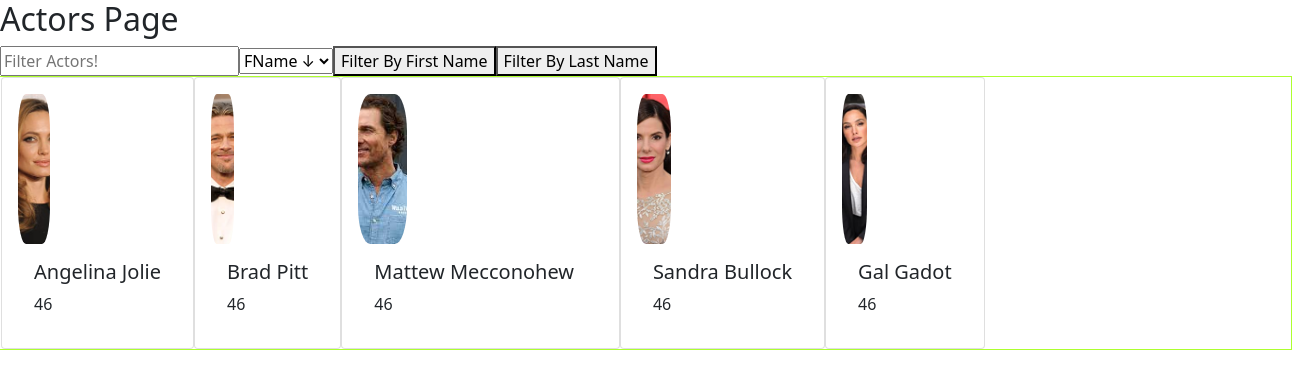
Repository: shuroo/FECourse-react-movieapp
Page: /
The author's editor kept a copy of each file at every save. The page is drawn from the files as they stood at one save, then again after the next save.
The browser window is 1280 px wide. The page is 1292 px wide, so the pictures cover 1292 px, including what lies to the right of the window. The pictures show the whole page.
The project was rebuilt for these pictures with package versions that can differ from the ones it lists, and the page was loaded fresh each time. Also part of the build but not shown: src/App.css.

Above is the page before, as saved 2021-07-25 11:35:53.

After the next save:
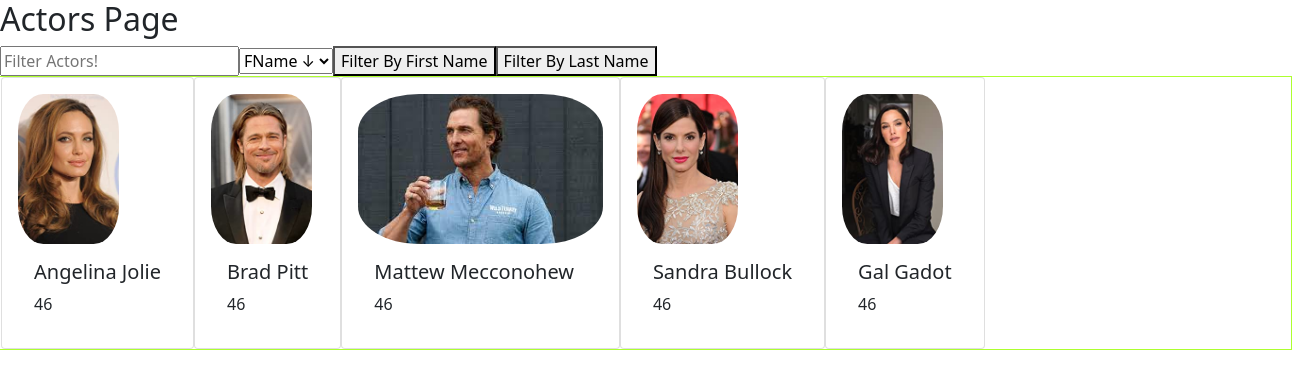
Saved 29 s later.
--- a/src/components/CardComponent.css
+++ b/src/components/CardComponent.css
@@ -2,7 +2,6 @@
     border-radius: 25%;
     object-fit: cover;
     height: 150px;
-    width: 20%;
 }
 
 .col {
